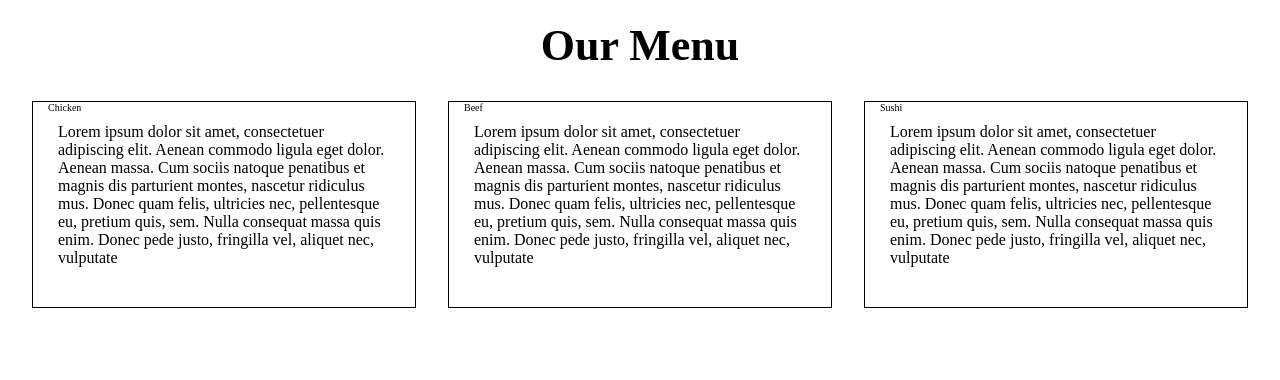
Repository: Normandy72/module2-solution
Page: index.html
These files come from the project's save history. The page is drawn as it stood at one moment and after the next save; the edit follows.
The browser window is 1280 px wide. The pictures show the whole page.
Some web fonts or font styles are not loaded; a fallback is used.

Above is the page before, as saved 2022-12-05 15:05:05.

After the next save:
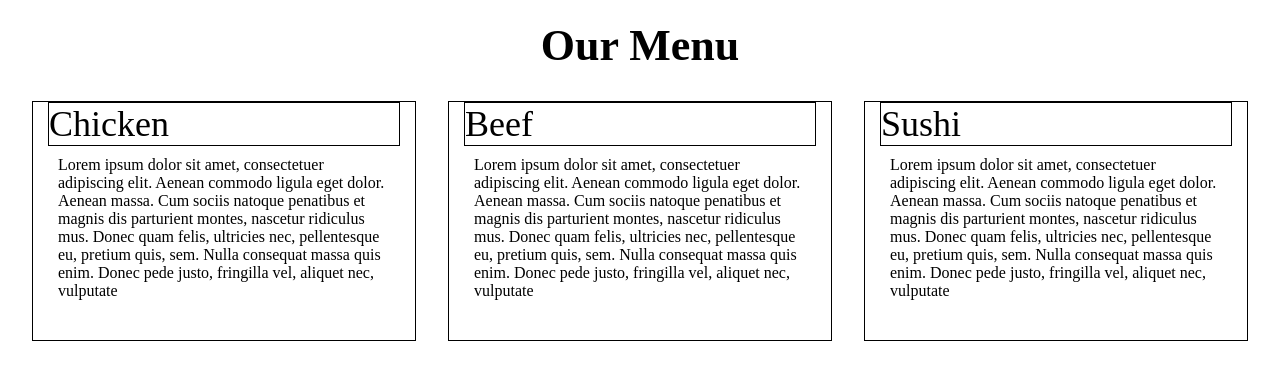
Saved 56 s later.
--- a/styles/style.css
+++ b/styles/style.css
@@ -27,6 +27,11 @@ h1{
     border: 1px solid black;
 }
 
+.card__name{
+    border: 1px solid black;
+    font-size: 3.6rem;
+}
+
 .card__text{
     font-size: 1.6rem;
     padding: 10px;
